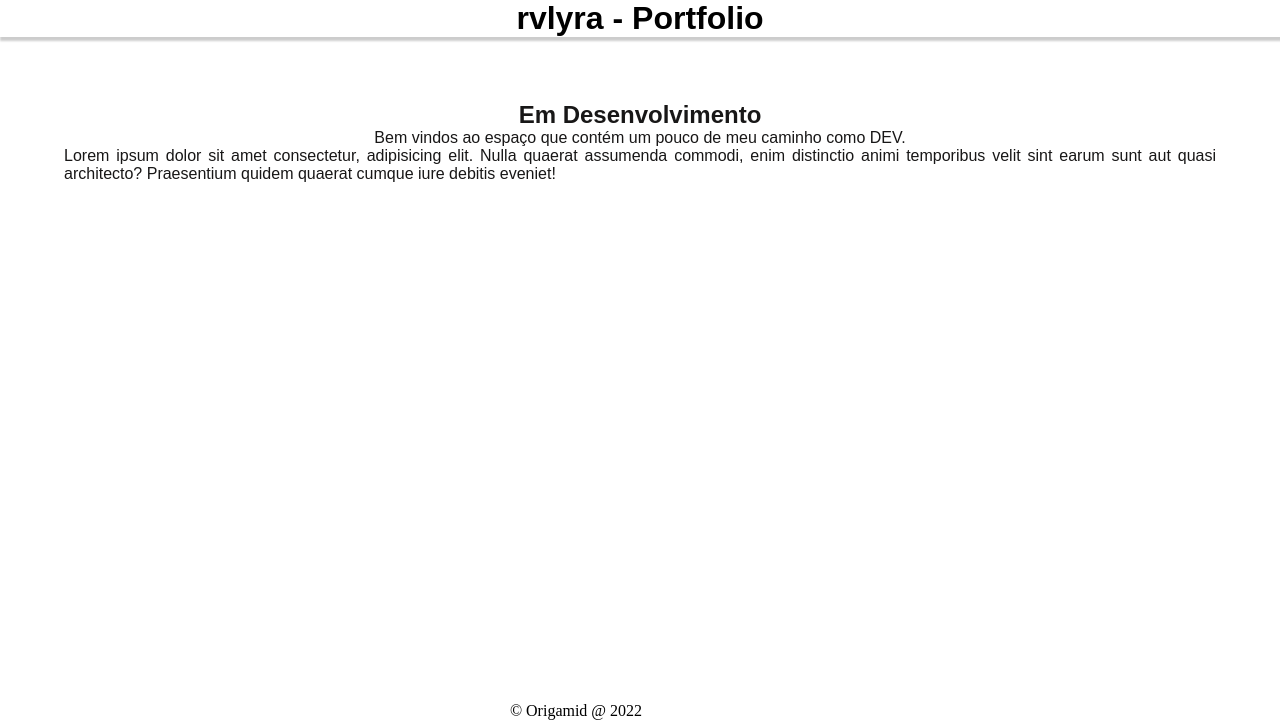
Repository: rvlyra/splash-screen-rvlyra
Page: Portfolio-RVLYRA/public/index.html
An editor plug-in stored every save of this project. The page is shown before and after the next save, followed by the edit.
The browser window is 1280 px wide. The pictures show the whole page.
Some web fonts or font styles are not loaded; a fallback is used.

Above is the page before, as saved 2022-07-06 09:27:53.

After the next save:
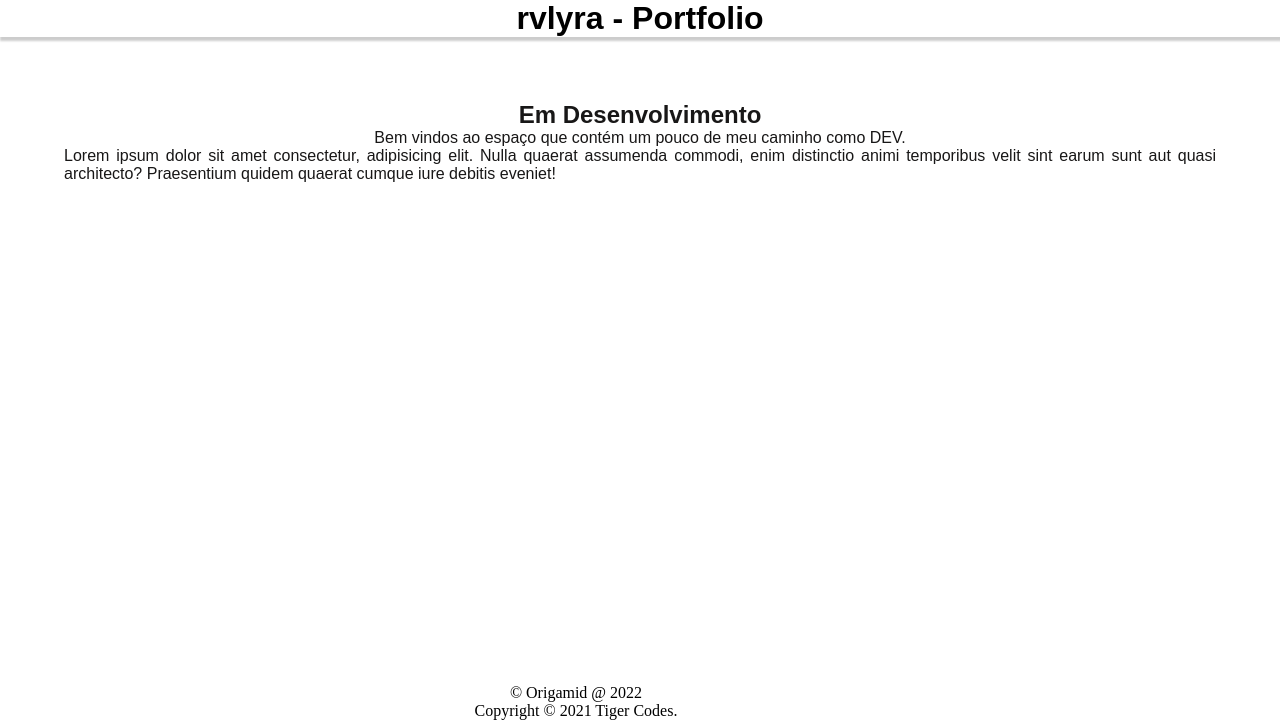
Saved 99 s later.
--- a/Portfolio-RVLYRA/public/index.html
+++ b/Portfolio-RVLYRA/public/index.html
@@ -23,6 +23,8 @@
 
     <footer style=" bottom: 0; position: fixed; width: 90%;text-align: center;">
         <p>&copy; Origamid  @ 2022</p>
+
+        <p>Copyright © <span id="ano">2021</span> Tiger Codes.</p>
       </footer>
 
 </body>
